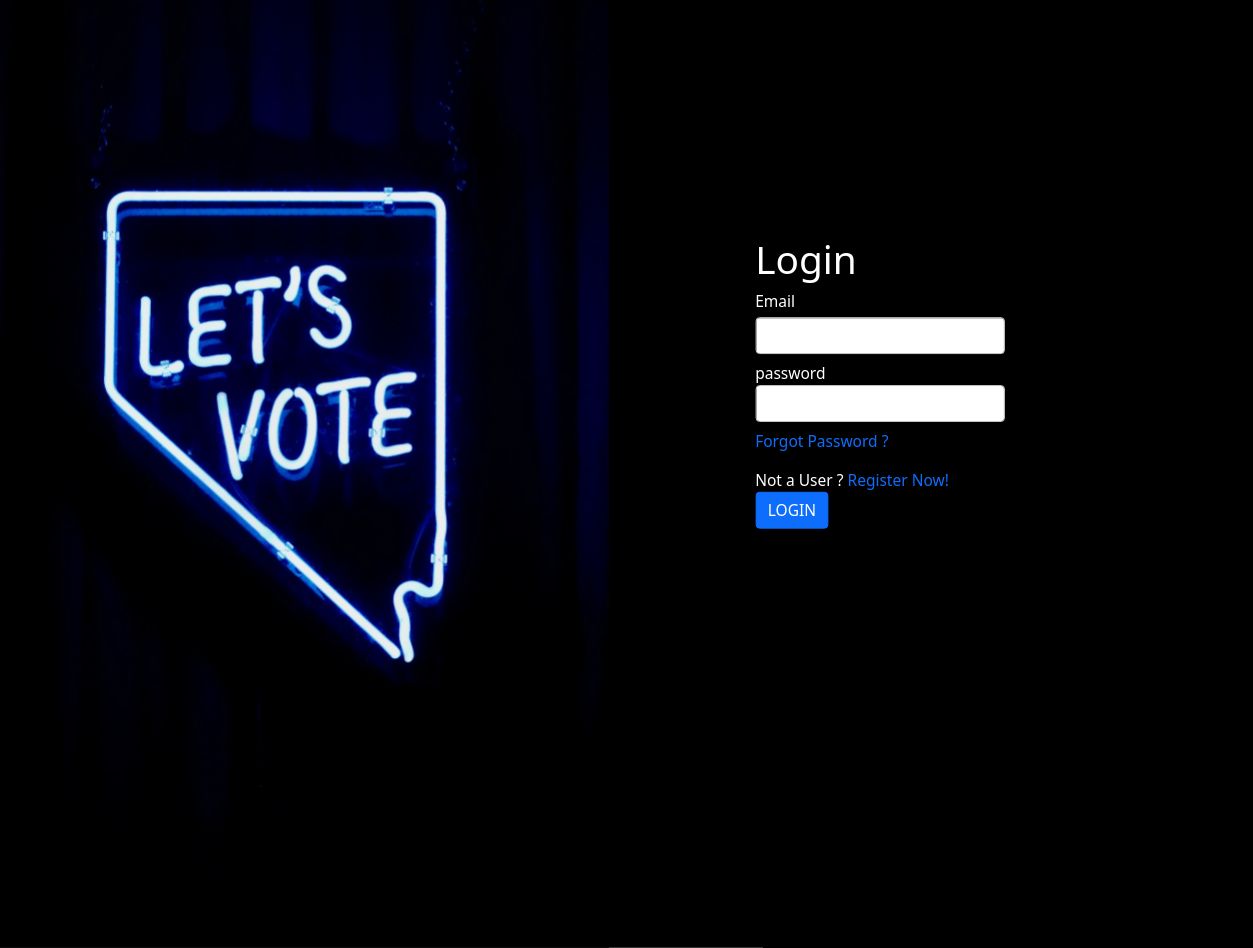
Repository: DavidManiIbrahim/Voting-app
Page: Login.html
The author's editor kept a copy of each file at every save. The page is drawn from the files as they stood at one save, then again after the next save.
The browser window is 1280 px wide. The page is 1292 px wide, so the pictures cover 1292 px, including what lies to the right of the window. The pictures show the whole page, at 97% of full size.

Above is the page before, as saved 2025-01-18 07:14:42.

After the next save:
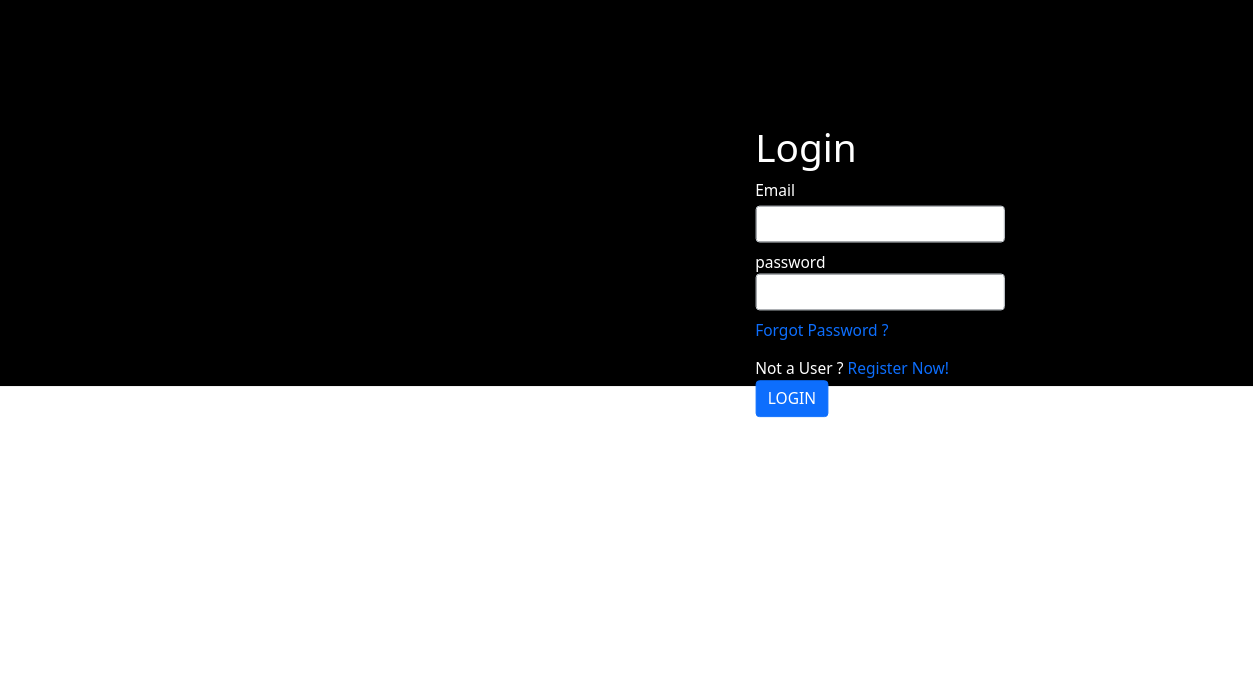
Saved 22 s later.
--- a/Login.html
+++ b/Login.html
@@ -20,7 +20,7 @@
 
 <div class="row hero">
     <div class="col-md  container-fluid">
-        <img src="./unsplash_LA1VawaCjjI.svg" alt="login image" class=" img-fluid" width="100%">
+        <!-- <img src="./unsplash_LA1VawaCjjI.svg" alt="login image" class=" img-fluid" width="100%"> -->
     </div>
     <div class="col-md text-white align-items-center">
         <form action="" class="w-75  p-5 m-auto ">

After the 4 saves that followed:
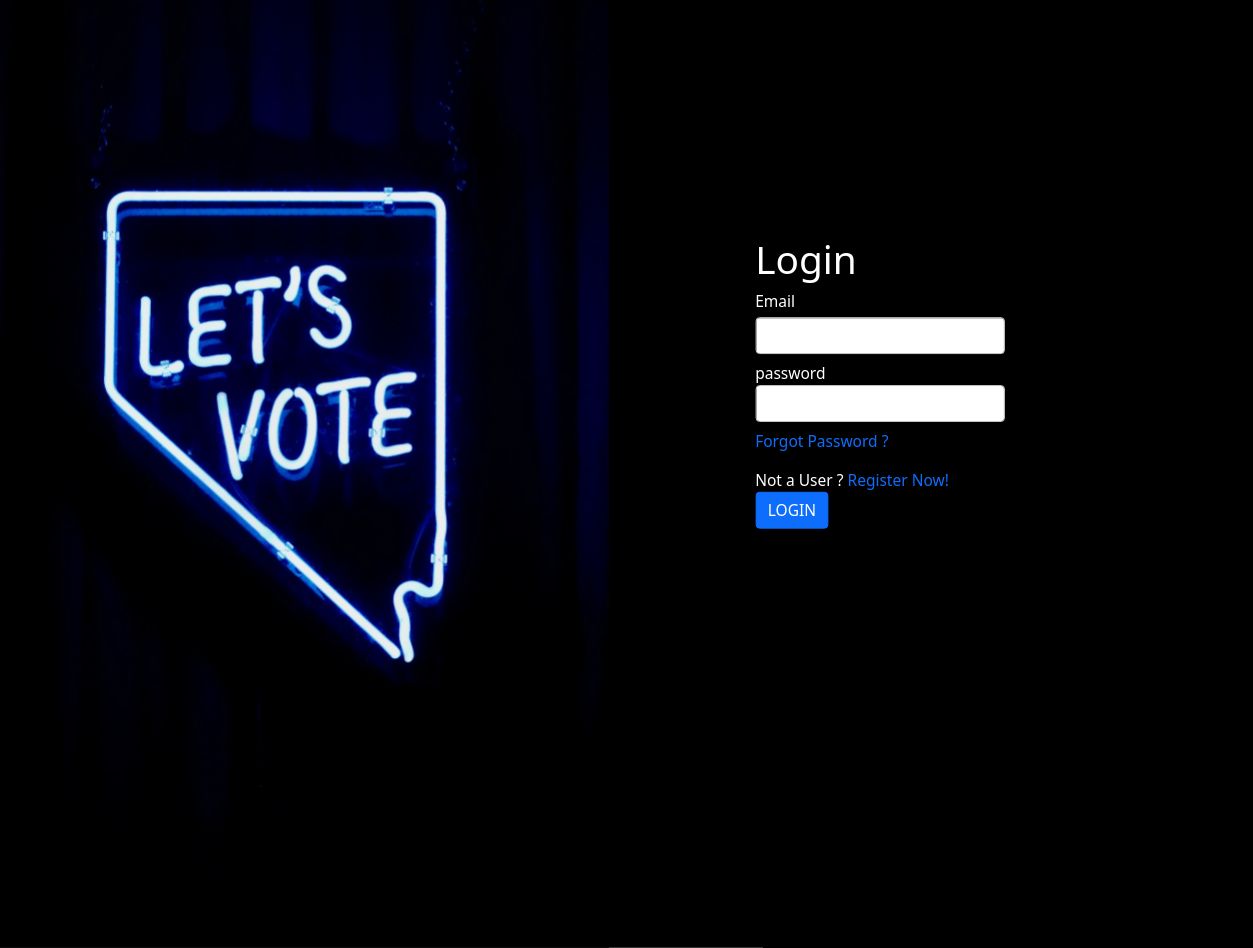
The 4 saves are shown as one change because 1 left the picture as it was and some came seconds apart.
The last was saved 39 s later.
--- a/Login.html
+++ b/Login.html
@@ -18,9 +18,9 @@
     }
 </style>
 
-<div class="row hero">
+<div class="row hero h-100">
     <div class="col-md  container-fluid">
-        <!-- <img src="./unsplash_LA1VawaCjjI.svg" alt="login image" class=" img-fluid" width="100%"> -->
+        <img src="./unsplash_LA1VawaCjjI.svg" alt="login image" class=" img-fluid" width="100%">
     </div>
     <div class="col-md text-white align-items-center">
         <form action="" class="w-75  p-5 m-auto ">
